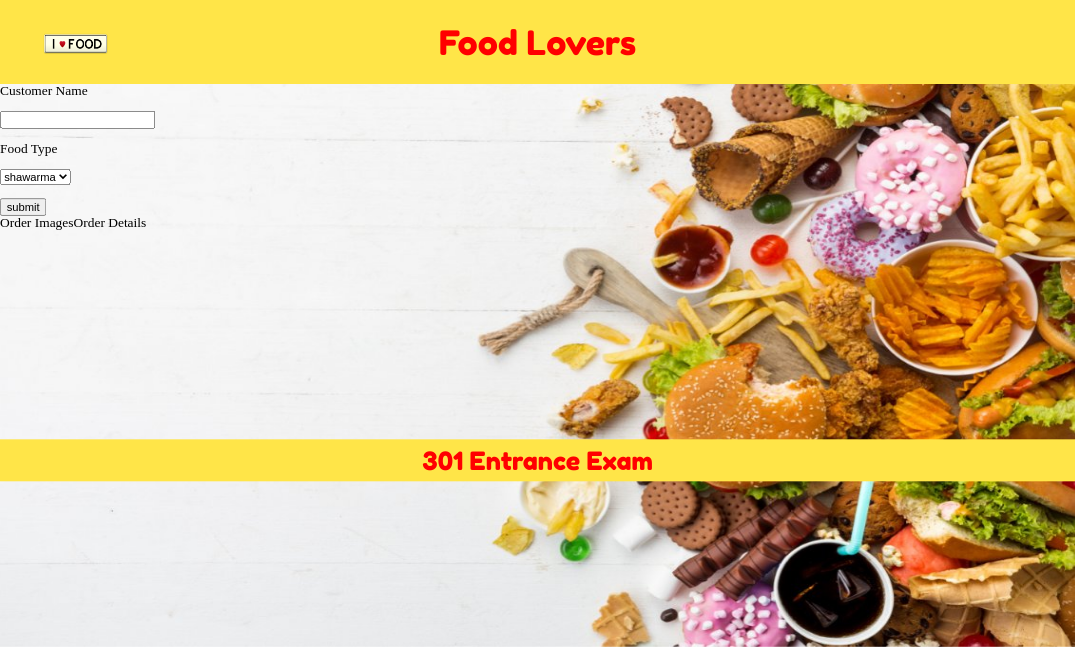
Repository: Razan-am/foodLovers
Page: index.html
These files come from the project's save history. The page is drawn as it stood at one moment and after the next save; the edit follows.
The browser window is 1280 px wide. The pictures show the whole page, at 84% of full size.

Above is the page before, as saved 2021-06-01 11:36:35.

### index.html
<!DOCTYPE html>
<html lang="en">

<head>
    <meta charset="UTF-8">
    <meta http-equiv="X-UA-Compatible" content="IE=edge">
    <meta name="viewport" content="width=device-width, initial-scale=1.0">
    <title>Food Lovers</title>
    <link rel="preconnect" href="https://fonts.gstatic.com">
    <link href="https://fonts.googleapis.com/css2?family=Fredoka+One&display=swap" rel="stylesheet">
    <link rel="stylesheet" href="css/reset.css">
    <link rel="stylesheet" href="css/style.css">
</head>

<body>
    <header>
        <h1>Food Lovers</h1>
        <img src="images/css images/logo.png" alt="logo">
    </header>
    <main>
        <form action="" id="myForm">
            <fieldset>
                <label for="name">Customer Name</label>
                <br/><br/>
                <input type="text" id="name" name="name">
                <br/><br/>
                <label for="food">Food Type</label>
                <br/><br/>
                <select name="food" id="food">
                    <option value="shawarma">shawarma</option>
                    <option value="pizza">pizza</option>
                    <option value="burger">burger</option>
                </select>
                <br/><br/>
                <input type="submit" value="submit">
            </fieldset>
        </form>
        <table id="myTable">
            <tr>
                <th>Order Images</th>
                <th>Order Details</th>
            </tr>
        </table>
        <img src="images/css images/background.jpg" alt="backGround">
    </main>
    <footer>
        <p>301 Entrance Exam </p>
    </footer>
    <script src="js/app.js"></script>
</body>

</html>

### css/style.css
*{
    box-sizing: border-box;
}
header{
    background-color: rgba(255, 229, 72, 255);
    height: 100px;
}
h1{
    font-family: 'Fredoka One', cursive;
    color: red;
    text-align: center;
    font-size: 40px;
    font-weight: lighter;
    padding-top: 30px;
}

header img{
    top: 2px;
    left: 30px;
    position: absolute;
    width: 120px;
    height: 100px;
}
main img{
    top: 50px;
    position: absolute;
    z-index: -1;
    width: 100%;
    height: 100%;
}
/* form{
    display: inline-block;
    background-color:  rgba(255, 229, 72, 255);
    margin-top: 100px;
    margin-left: 100px;
    width: 330px;
    height: 300px;
    border-radius: 30px;
}
form label{
    top: 50px;
    position: relative;
    padding-left: 80px;
    font-size: 20px;
    color: red;
    font-family: 'Fredoka One', cursive;
}
form input{
    top: 50px;
    position: relative;
    margin-left: 60px;
    width: 200px;
    height: 25px;
    border-radius: 10px;
}
form select{
    top: 50px;
    position: relative;
    margin-left: 60px;
    width: 200px;
    height: 25px;
    border-radius: 10px;
    margin-bottom: 30px;
}
form input:last-of-type{
    background-color: red;
    color: wheat;
    font-family: 'Fredoka One', cursive;
} */
/* table{
    background-color: rgba(255, 229, 72, 255) ;
    top: -300px;
    position: relative;
    margin-left: 700px;
    width: 500px;
    border-radius: 10px;

} */
/* table th{
    margin-top: 20px;
    margin-left: 30px;
    border: 1px solid red;
    font-size: 20px;
    text-align: center;

} */
/* table td{

    border: 1px solid red;
    padding-bottom: 80px;
} */
table img{
    width: 90px;
    height: 90px;
    z-index: 1;
    /* margin-top: 500px; */
    /* margin-left: 30px; */

}
/* table p{
    color: black;
    font-family: 'Fredoka One', cursive;
    margin-top: 30px;
    margin-left: 20px;
} */
footer{
    background-color: rgba(255, 229, 72, 255);
    margin-top: 250px;
    height: 50px;
}
footer p{
    text-align: center;
    color: red;
    font-size: 30px;
    padding-top: 10px;
    font-family: 'Fredoka One', cursive;
}

### js/app.js
'use strict';

let myForm = document.getElementById('myForm');
let myTable = document.getElementById('myTable');


let mainArr = [];
function Foods(userName,foodType){
    this.userName=userName;
    this.foodType=foodType;
    this.img=`images/${foodType}.jpg`
    mainArr.push(this);
}
console.log(mainArr);

myForm.addEventListener('submit',handleEvent);
function handleEvent(event){
    event.preventDefault();

    let userName = event.target.name.value;
    let foodType = event.target.food.value;
    console.log(foodType);
    new Foods(userName,foodType);
    setting();
    render();
}

function randomNumber(min,max){
    min = Math.ceil(min);
    max = Math.floor(max);
    return Math.floor(Math.random() * (max - min) + min)
}

function render(){
    let tBody = document.createElement('tr');
    myTable.appendChild(tBody);

    for (let index = 0; index < mainArr.length; index++) {
        tBody.textContent='';

        let td1 = document.createElement('td');
        tBody.appendChild(td1);

        let imgEl = document.createElement('img');
        td1.appendChild(imgEl);
        imgEl.setAttribute('src', mainArr[index].img);

        let td2 = document.createElement('td');
        tBody.appendChild(td2);

        let pEl1 = document.createElement('p');
        td2.appendChild(pEl1);
        pEl1.textContent=`Customer Name:${mainArr[index].userName}`;
        let pEl2 = document.createElement('p');
        td2.appendChild(pEl2);
        pEl2.textContent=`Food Type:${mainArr[index].foodType}`;
        let pEl3 = document.createElement('p');
        td2.appendChild(pEl3);
        pEl3.textContent=`Food Price:${randomNumber(1,100)}`;


    }
}

function setting(){
    let data = JSON.stringify(mainArr);
    localStorage.setItem('information',data);
}

function getting(){
    let stringObj = localStorage.getItem('information');
    let normalObj = JSON.parse(stringObj);

    if(normalObj !== null){
        mainArr = normalObj;
    }
    render();
}
getting();

Loaded but not shown: css/reset.css (common file)

After the next save:
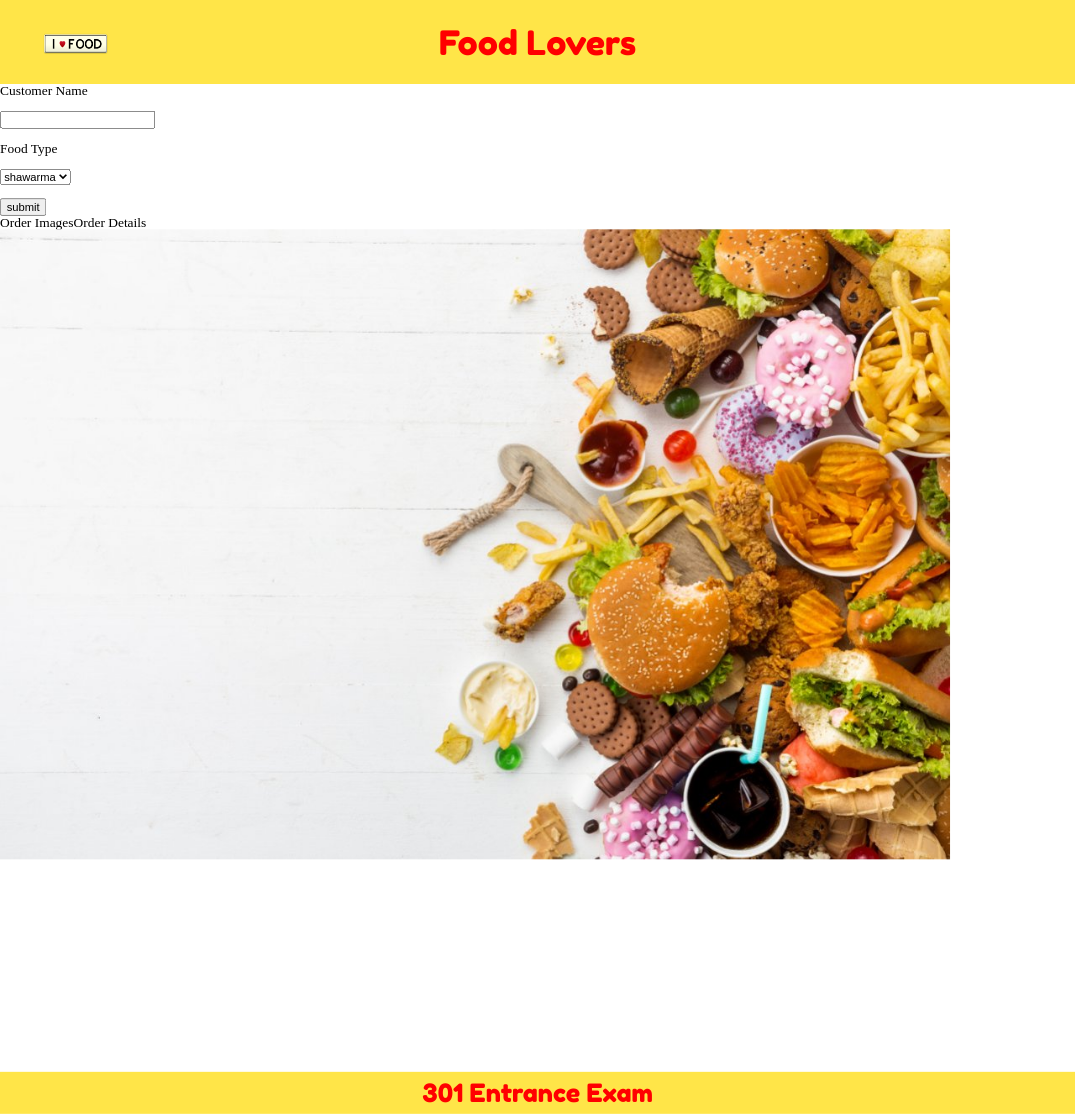
Saved 13 s later.
--- a/css/style.css
+++ b/css/style.css
@@ -21,13 +21,13 @@ header img{
     width: 120px;
     height: 100px;
 }
-main img{
+/* main img{
     top: 50px;
     position: absolute;
     z-index: -1;
     width: 100%;
     height: 100%;
-}
+} */
 /* form{
     display: inline-block;
     background-color:  rgba(255, 229, 72, 255);
